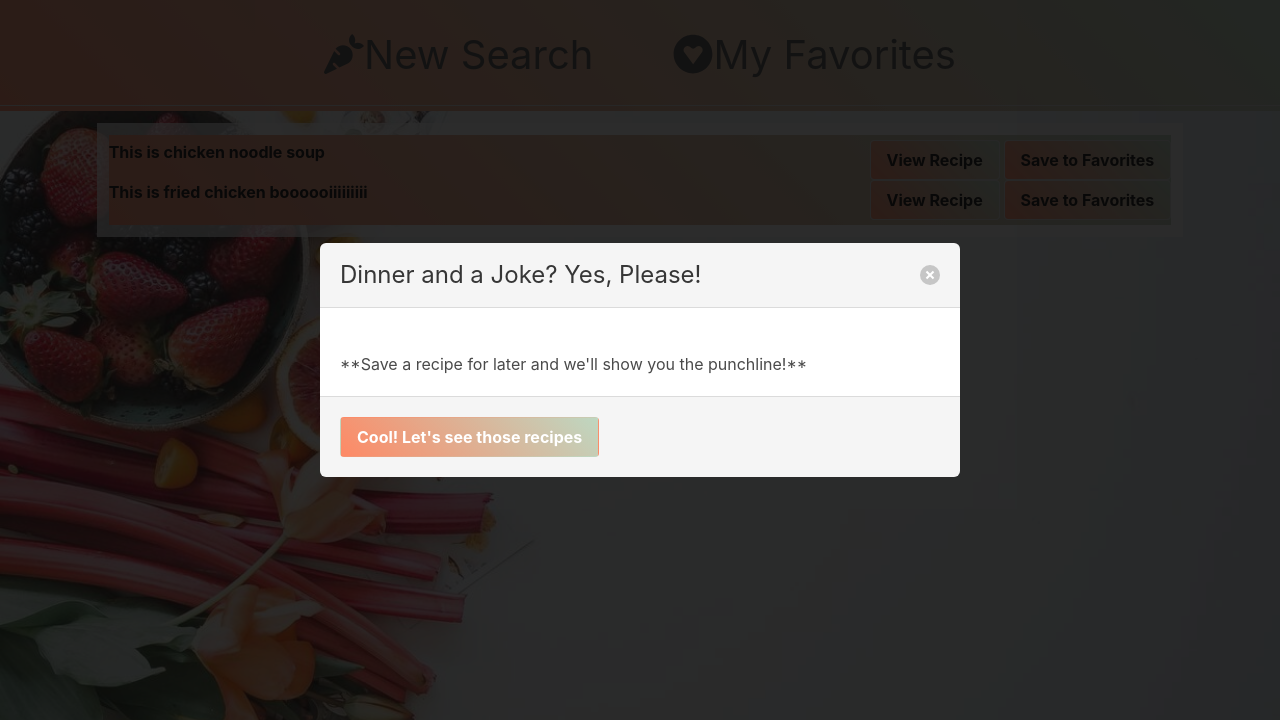
Repository: puakehaulani/the-hungry-app-proj1
Page: results.html
These files come from the project's save history. The page is drawn as it stood at one moment and after the next save; the edit follows.
The browser window is 1280 px wide. The pictures show the window.
The page's requests for data from a server got no answer. A layer covers the whole window, so only the first screen is drawn. Some web libraries are served in a nearby version.

Above is the page before, as saved 2020-10-17 13:09:38.

After the next save:
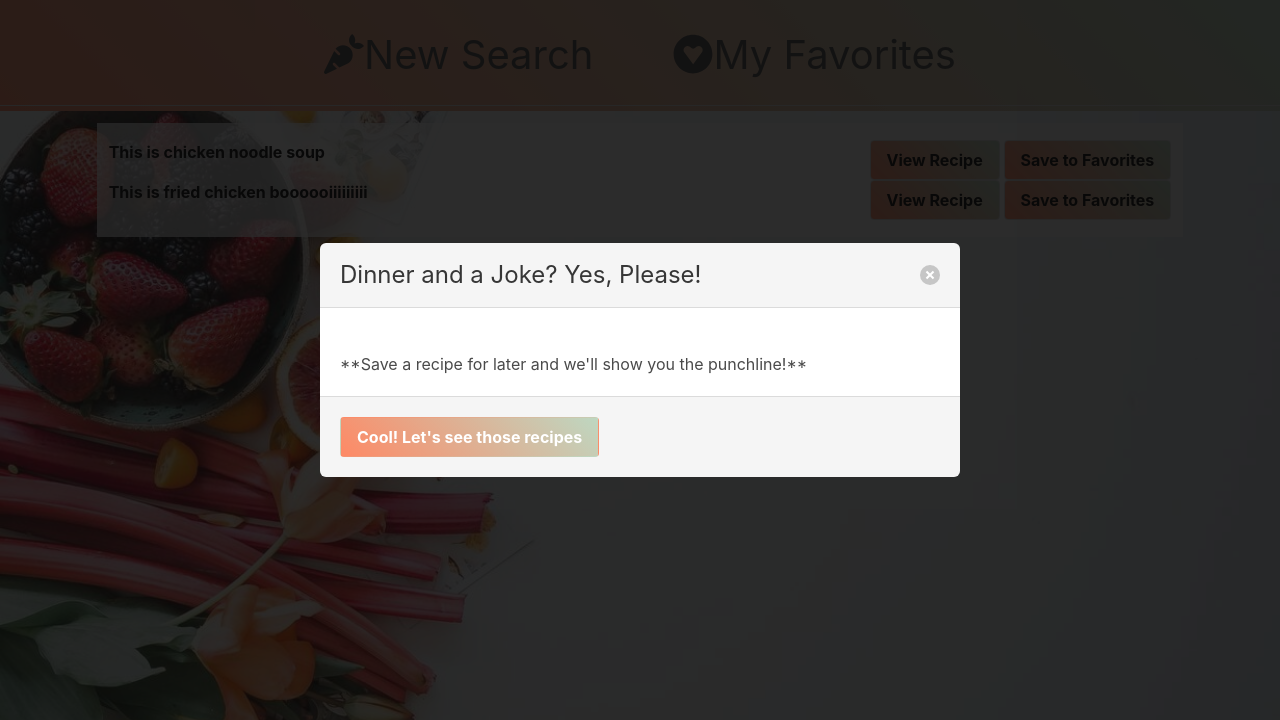
Saved 40 s later.
--- a/assets/style/style.css
+++ b/assets/style/style.css
@@ -49,7 +49,7 @@ th{
 /* Elements that only exist on results html*/
 
 #display{
-    background-image: linear-gradient(45deg, #FE8965, #BED7C1) ;
+    background-image: linear-gradient(45deg, #FE8965, #BED7C1, 0.55) ;
     padding-bottom: 5px;
     padding-top: 5px;
     color: black !important; }
